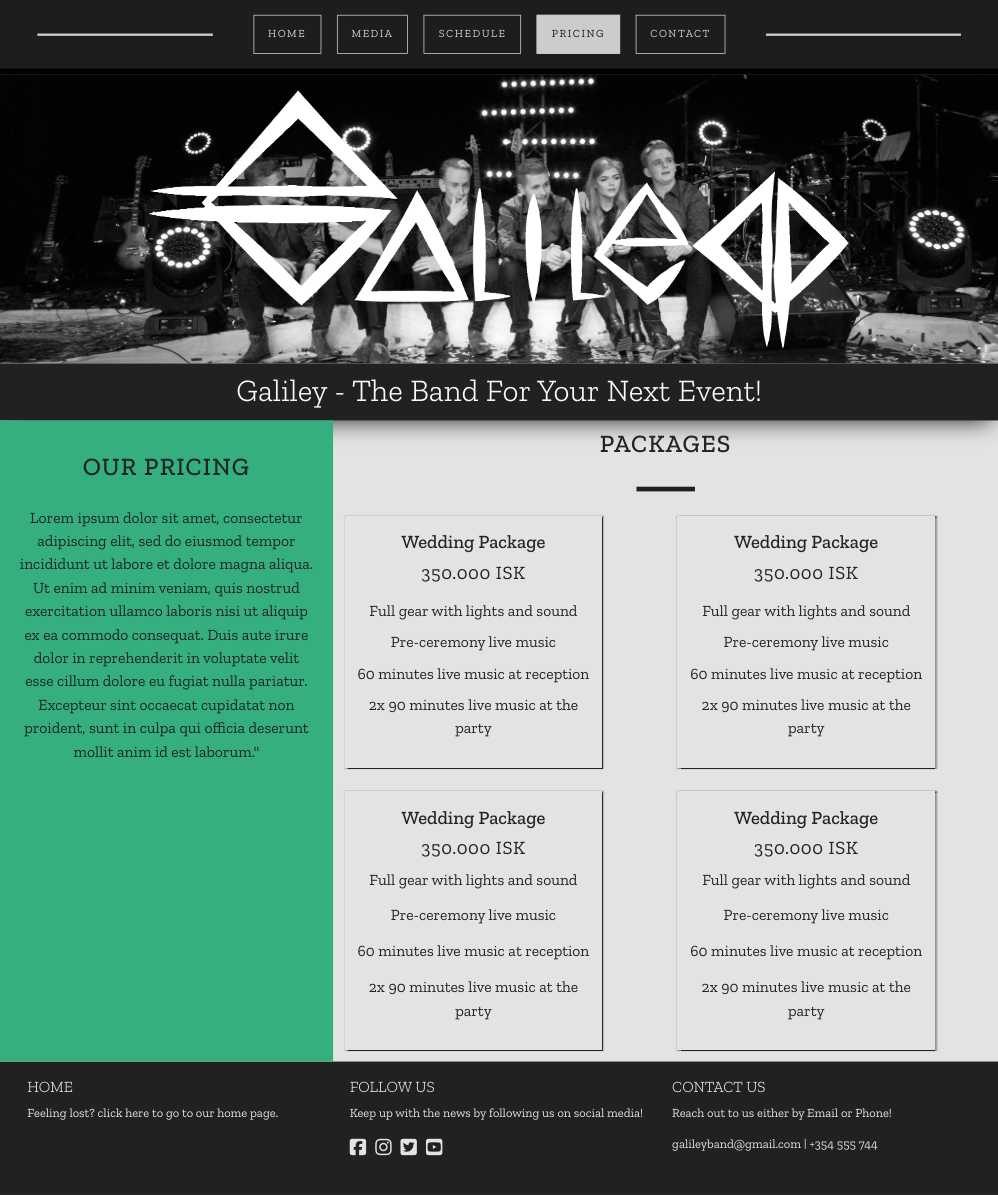
Repository: HeimirDavid/Galiley-Website
Page: pricing.html
The author's editor kept a record of every edit. The page is drawn from the files as they stood at one moment, then again after the next edit.
The browser window is 1280 px wide. The pictures show the whole page, at 78% of full size.
Some web libraries are served in a nearby version.

Above is the page before.

### pricing.html
<!DOCTYPE html>
<html lang="en">

<head>
    <meta charset="UTF-8">
    <meta name="viewport" content="width=device-width, initial-scale=1.0">
    <meta http-equiv="X-UA-Compatible" content="ie=edge">

    <link rel="stylesheet" href="https://stackpath.bootstrapcdn.com/bootstrap/4.3.1/css/bootstrap.min.css" integrity="sha384-ggOyR0iXCbMQv3Xipma34MD+dH/1fQ784/j6cY/iJTQUOhcWr7x9JvoRxT2MZw1T" crossorigin="anonymous">
    <link rel="stylesheet" href="https://cdnjs.cloudflare.com/ajax/libs/hover.css/2.3.1/css/hover-min.css" type="text/css" />
    <link rel="stylesheet" href="assets/css/style.css" type="text/css" />

    <script src="https://code.jquery.com/jquery-3.3.1.slim.min.js" integrity="sha384-q8i/X+965DzO0rT7abK41JStQIAqVgRVzpbzo5smXKp4YfRvH+8abtTE1Pi6jizo" crossorigin="anonymous"></script>
    <script src="https://cdnjs.cloudflare.com/ajax/libs/popper.js/1.14.7/umd/popper.min.js" integrity="sha384-UO2eT0CpHqdSJQ6hJty5KVphtPhzWj9WO1clHTMGa3JDZwrnQq4sF86dIHNDz0W1" crossorigin="anonymous"></script>
    <script src="https://stackpath.bootstrapcdn.com/bootstrap/4.3.1/js/bootstrap.min.js" integrity="sha384-JjSmVgyd0p3pXB1rRibZUAYoIIy6OrQ6VrjIEaFf/nJGzIxFDsf4x0xIM+B07jRM" crossorigin="anonymous"></script>
    <script src="https://kit.fontawesome.com/2ea8c5e5d2.js" crossorigin="anonymous"></script>

    <title>Galiley</title>
</head>

<body>
    <header>
        <!------ Header Navigation Menu, Mainly written with bootstrap  ------>
        <div class="row no-gutters">
            <div class="col black-container">
                <nav class="navbar fixed-top navbar-expand-md navbar-dark bg-dark" id="navbar-black-color"> <!-- Navbar position with help of this  -->
                    <a class="navbar-brand" href="index.html">Galiley - Home</a>                            <!-- tutorial: https://www.youtube.com/watch?v=NzjU1GmKosQ&t=90s  -->
                    <button class="navbar-toggler" type="button" data-toggle="collapse" data-target="#navbarSupportedContent" aria-controls="navbarSupportedContent" aria-expanded="false" aria-label="Toggle navigation">
                    <span class="navbar-toggler-icon"></span></button>
                    <div class="collapse navbar-collapse" id="navbarSupportedContent">
                        <ul class="navbar-nav m-auto">
                            <li class="nav-item menuitem">
                                <a class="nav-link" href="index.html"><span>Home</span></a>
                            </li>
                            <li class="nav-item menuitem">
                                <a class="nav-link" href="media.html"><span>Media</span></a>
                            </li>
                            <li class="nav-item menuitem">
                                <a class="nav-link" href="schedule.html"><span>Schedule</span></a>
                            </li>
                            <li class="nav-item menuitem active-item">
                                <a class="nav-link" href="pricing.html"><span>Pricing</span></a>
                            </li>
                            <li class="nav-item menuitem">
                                <a class="nav-link" href="contact.html"><span>Contact</span></a>
                            </li>
                        </ul>
                    </div>
                </nav>
            </div>
        </div>

        <!------ Header Logo Image ------>
        <div class="logo-container">
            <div class="row no-gutters">
                <div class="col header-background-img">
                    <a href="#">
                    <img class="logo-white" src="assets/images/galiley_vit.png">
                </a>
                </div>
            </div>
        </div>

        <!------ Header Text  ------>
        <div class="row no-gutters">
            <div class="col h1-heading">
                <h1>Galiley - The Band For Your Next Event!</h1>
            </div>
        </div>
    </header>

    <section class="container-fluid">
        <div class="row no-gutters">
            <div class="col-md-4">
                <div class="col-12 green-color text-center pricing-col">
                    <h2 class="header-h2 uppercase">Our Pricing</h2>
                    <p class="p-text">Lorem ipsum dolor sit amet, consectetur adipiscing elit, sed do eiusmod tempor incididunt
                    ut labore et dolore magna aliqua. Ut enim ad minim veniam, quis nostrud exercitation ullamco
                    laboris nisi ut aliquip ex ea commodo consequat. Duis aute irure dolor in reprehenderit in
                    voluptate velit esse cillum dolore eu fugiat nulla pariatur. Excepteur sint occaecat cupidatat
                    non proident, sunt in culpa qui officia deserunt mollit anim id est laborum."</p>
                </div>
            </div>
            <div class="col-md-8">
                <div class="row">
                    <div class="col text-center">
                        <h2 class="header-h2 uppercase">Packages</h2>
                        <hr class="block-devider">
                    </div>
                </div>
                <div class="row">
                    <div class="col-10 offset-1 offset-sm-0 col-sm-4 col-md-6">
                        <div class="col-10 text-center p-text package-cards">
                            <h4 class="header-h4">Wedding Package</h4>
                            <h5 class="header-h5">350.000 ISK</h5>
                            <ul>
                                <li>Full gear with lights and sound</li>
                                <li>Pre-ceremony live music</li>
                                <li>60 minutes live music at reception</li>
                                <li>2x 90 minutes live music at the party</li>
                            </ul>
                        </div>
                    </div>
                    <div class="col-10 offset-1 offset-sm-0 col-sm-4 col-md-6">
                        <div class="col-10 text-center p-text package-cards">
                            <h4 class="header-h4">Wedding Package</h4>
                            <h5 class="header-h5">350.000 ISK</h5>
                            <ul>
                                <li>Full gear with lights and sound</li>
                                <li>Pre-ceremony live music</li>
                                <li>60 minutes live music at reception</li>
                                <li>2x 90 minutes live music at the party</li>
                            </ul>
                        </div>
                    </div>
                    <div class="col-10 offset-1 offset-sm-0 col-sm-4 col-md-6">
                        <div class="col-10 text-center p-text package-cards">
                            <h4 class="header-h4">Wedding Package</h4>
                            <h5 class="header-h5">350.000 ISK</h5>
                            <p>Full gear with lights and sound</p>
                            <p>Pre-ceremony live music</p>
                            <p>60 minutes live music at reception</p>
                            <p>2x 90 minutes live music at the party</p>
                        </div>
                    </div>
                    <div class="col-10 offset-1 offset-sm-0 col-sm-4 col-md-6">
                        <div class="col-10 text-center p-text package-cards">
                            <h4 class="header-h4">Wedding Package</h4>
                            <h5 class="header-h5">350.000 ISK</h5>
                            <p>Full gear with lights and sound</p>
                            <p>Pre-ceremony live music</p>
                            <p>60 minutes live music at reception</p>
                            <p>2x 90 minutes live music at the party</p>
                        </div>
                    </div>
                </div>
            </div>
        </div>
    </section>

    <footer>        <!------ Footer section, Mainly structured and written with the help from CI tutorials from the Resume-Project.
                             Since i liked the design and strucure and felt that it fits well within this project. ------>
        <div class="container-fluid">
            <div class="row" id="footer-details">
                <div class="col-sm-4">
                    <h5 class="uppercase footer-heading">
                        <a href="index.html" class="footer-links">Home</a>
                    </h5>
                    <p class="inline-block">Feeling lost? click here to go to our home page.</p>
                </div>

                <div class="col-sm-4">
                    <h5 class="uppercase footer-heading">Follow Us</h5>
                    <p class="inline-block">Keep up with the news by following us on social media!</p>
                    <ul class="list-inline social-media-links">
                        <li class="list-inline-item">
                            <a class="footer-links" target="_blank" href="https://www.facebook.com/GalileyBand/">
                                <i class="fab fa-facebook-square"></i>
                                <span class="sr-only">Facebook</span>
                            </a>
                        </li>
                        <li class="list-inline-item">
                            <a class="footer-links" target="_blank" href="#">
                                <i class="fab fa-instagram"></i>
                                <span class="sr-only">Instagram</span>
                            </a>
                        </li>
                        <li class="list-inline-item">
                            <a class="footer-links" target="_blank" href="#">
                                <i class="fab fa-twitter-square"></i>
                                <span class="sr-only">Twitter</span>
                            </a>
                        </li>
                        <li class="list-inline-item">
                            <a class="footer-links" target="_blank" href="#">
                                <i class="fab fa-youtube-square"></i>
                                <span class="sr-only">Youtube</span>
                            </a>
                        </li>
                    </ul>
                </div>

                <div class="col-sm-4">
                    <h5 class="uppercase footer-heading">Contact Us</h5>
                    <p class="inline-block">Reach out to us either by Email or Phone!</p>
                    <p>galileyband@gmail.com | +354 555 744</p>
                </div>
            </div>
        </div>
    </footer>
</body>

</html>

### assets/css/style.css
@import url('https://fonts.googleapis.com/css?family=Zilla+Slab:300,400,500,600,700&display=swap');

html {
    scroll-behavior: smooth;
}

body {
    font-family: 'Zilla Slab', serif;
    background-color: #e3e3e3;
    overflow-x: hidden;
}

/*--------------------------------- Colour */

.green-color {
    background-color: #35af7e;
}

.grey-color {
    background-color: #c5c5c5;
}

.grey-blue {
    background-color: #76809a;
}
/*------------------------------- Special padding/margins/text */

h1, h2, h3, h4, h5 {
    margin: 0;
}

.uppercase {
    text-transform: uppercase;
}

.inline-block {
    display: inline-block;
}

.block-devider {
    width: 75px;
    height: 5px;
    background-color: #212121;
}

.block-devider-white {
    width: 75px;
    height: 5px;
    background-color: #e3e3e3;
}

.text-center {
    text-align: center;
}

.item-center {
    item-align: center;
}

.gotop-col {
    padding: 20px;
}

.gotopbtn {
    text-align: center;
    text-decoration: none;
    color: #212121;
    font-size: 1.5em;
    margin: 20px 20px;
    transition: ease-in-out 0.3s;
    -moz-transition: ease-in-out 0.3s;
    -webkit-transition: ease-in-out 0.3s;
    -o-transition: ease-in-out 0.3s;
}

.gotopbtn:hover {
    color: #a5a5a5;
    text-decoration: none;
}

.container-fluid {
    padding: 0;
}

.row {
    margin-right: 0;
    margin-left: 0;
}

/*--------------------------------- Headings text styles */

.header-h2 {
    font-weight: 500;
    padding: 10px 10px 20px 10px;
    letter-spacing: 1.5px;
}

.header-h3

.header-h4 {
    font-weight: 400;
    letter-spacing: 0.8px;
    font-size: 28px;
    padding: 10px;
}

.header-h5 {
    font-weight: 400;
    font-size: 24px;
    letter-spacing: 0.8px;
    padding: 10px;
}

/*--------------------------------- Navbar/Menu */

.navbar {
    opacity: 0.9;
    text-align: center;
    padding-bottom: 1.2em;
}

.menuitem {
    height: 50px;
    text-align: center;
    padding-left: 10px;
    padding-right: 10px;
    margin: 0px 10px 0px 10px;
    border: 1px solid #e3e3e3;
    transition: ease-in-out 0.3s;
    -moz-transition: ease-in-out 0.3s;
    -webkit-transition: ease-in-out 0.3s;
    -o-transition: ease-in-out 0.3s;
}

.menuitem a {
    width: 100%;
    text-decoration: none;
    color: #e3e3e3;
}

.menuitem a i {
    padding-top: 22px;
    display: block;
    color: #e3e3e3;
    font-size: 26px;
}

.menuitem span {
    display: block;
    width: 100%;
    padding-top: 5px;
    text-align: center;
    text-transform: uppercase;
    font-size: 14px;
    font-weight: 400;
    letter-spacing: 2px;
    transition: ease-in-out 0.3s;
    -moz-transition: ease-in-out 0.3s;
    -webkit-transition: ease-in-out 0.3s;
    -o-transition: ease-in-out 0.3s;
    color: #e3e3e3;

}

.menuitem:hover {
    background-color: #e3e3e3;
}

.menuitem:hover.menuitem span {
    color: #212121;
}

.navbar::before,     /* Before and After used from inspiration of this tutorial: https://www.youtube.com/watch?v=zGiirUiWslI   */
.navbar::after {
    content: "";
    margin-left: 2em;
    margin-right: 2em;
    width: 18%;
    height: 0.2em;
    background-color: #e3e3e3;
}

.navbar-nav .active-item span {
    color: #212121;
}

.navbar-nav .active-item {
    background-color: #e3e3e3;
}

.navbar::after {
    width: 20%;
}

.fixed-top {
    padding-top: 1.2em;
}

.navbar-brand {
    display: none;
}

#navbar-black-color {
    background-color: #212121!important;
}




/*--------------------------------- Header */

.black-container {
    position: relative;
    top: 0;
    left: 0;
    width: 100%;
    height:6em;
    background-color: #000;
}

.h1-heading {
    color: #fafafa;
    padding: 10px 0px 15px 0px;
    text-align: center;
    background-color: #212121;
    box-shadow: 0px 10px 30px -10px #212121;
}

.h1-heading h1 {
    font-weight: 300;
}

.header-background-img {
    display: block;
    background-image: url("../images/galiley_diddi.jpg");
    padding: 20px;
    background-size: cover;
}

/*
.logo-container {
    margin-top: 7%;
}
*/

.logo-white {
    opacity: 1.9;
    display: block;
    margin-left: auto;
    margin-right: auto;
    width: 70%;
}

/*--------------------------------- Footer */

footer {
    background-color: #212121;
    color: #e3e3e3;
    min-height: 100px;
    margin: 0;
}

.footer-heading {
    font-weight: 300;
    text-decoration: none;
    margin-bottom: 10px;
}

.footer-heading a {
    transition: ease-in-out 0.3s;
    -moz-transition: ease-in-out 0.3s;
    -webkit-transition: ease-in-out 0.3s;
    -o-transition: ease-in-out 0.3s;
}

.footer-heading a:hover {
    color: #a5a5a5;
    text-decoration: none;
}

.footer-links {
    color: #e3e3e3;
}

.social-media-links {
    padding-bottom: 10px;
}

.social-media-links li a i {
    font-size: x-large;
    padding: 10px 0px;
    line-height: 10px;
    transition: ease-in-out 0.3s;
    -moz-transition: ease-in-out 0.3s;
    -webkit-transition: ease-in-out 0.3s;
    -o-transition: ease-in-out 0.3s;
}

.social-media-links li a i:hover {
    color: #35af7e;
}

#footer-details {
    padding: 20px;
}

/*--------------------------------- About - Section / What we offer - Section */

.about-offer-row {
    padding: 20px 0px;
}

.p-text {
    font-size: 20px;
    padding: 10px 10px 20px 10px;
}

.about-row {
    padding: 60px 10px 20px 10px;
}

.offer-card {
    background-color: #212121;
    color: #e3e3e3;
    padding: 20px;
    margin-bottom: 45px;
    box-shadow: 3px 3px 15px 0px #000;
    opacity: 0.9;
}

/*--------------------------------- Reviews - section */

.review-header {
    background-color: #212121;
    color: #fafafa;
    padding: 10px 0px 15px 0px;
    text-align: center;
    box-shadow: 0px 1px 10px 1px #212121;
}

.review-header h2 {
    font-weight: 300;
}

.review-cards {
    background-color: #212121;
    color: #e3e3e3;
    opacity: 0.9;
    max-width: 250px;
    padding: 20px;
    margin: 30px;
    margin-right: auto;
    margin-left: auto;
    text-align: center;
    border-radius: 10px;
    box-shadow: 5px 5px 15px 0px #212121;
}

.cards-header {
    font-weight: 300;
    letter-spacing: 0.8px;
    margin-bottom: 15px;
}

.review-p {
    font-size: 18px;
    font-weight: 200;
    letter-spacing: 0.8px;
}

/*--------------------------------- Setlist Section / Video Section */

.spotify-header-row {
    background-color: #35af7e;
}

.media-header {
    padding: 20px;
    font-weight: 300;
    font-size: 38px;
}

.spotify-row {
    margin-bottom: 40px;
}

.setlist-header-col {
    color: #000;
    padding: 30px;
}

.media-h4 {
    font-weight: 300;
    font-size: 30px;
    padding: 10px;
}

.media-p {
    font-size: 22px;
    font-weight: 300;
}

.spotify-col {
    color: #e3e3e3;
    background-color: rgba(0, 0, 0, 0.5);
    margin: auto;
    margin-top: 20px;
    padding: 20px 10px 0px 10px;
    max-width: 300px;
    border-radius: 12px;
    border-radius: 10px;
    box-shadow: 5px 5px 15px 0px #212121;
}

.spotify-col::before {
    content: "";
    top: 0;
    left: 0;
    background-color: #212121;
    height: 100px;
    width: 1em;
}

.spotify-player {
    opacity: .96;
}

.video-header-col {
    background-color: #212121;
    color: #e3e3e3;
    padding: 20px 0px;
    box-shadow: 0px 10px 30px -10px #212121;
}

.youtube-col {
    padding: 10px;
}

.youtube-container {  /*   Code copied to make youtube player responsive. Source: https://avexdesigns.com/responsive-youtube-embed/    */
position: relative;
padding-bottom: 56.25%;
padding-top: 30px; height: 0; overflow: hidden;
}

.youtube-container iframe,
.youtube-container object,
.youtube-container embed {
position: absolute;
top: 0;
left: 0;
width: 100%;
height: 100%;
}

/*--------------------------------- Pricing */

.pricing-col {
    padding-top: 30px;
    height: 100%;
}

.package-header-row {
    padding-top: 30px;
    color: #e3e3e3;
}

.package-row {
    padding-top: 30px;
    color: #e3e3e3;
}

.package-cards {
    box-shadow: 1px 1px 2px 1px;
    padding: 20px 10px;
    margin-top: 15px;
    margin-bottom: 15px;
}

.package-cards ul {
    list-style: none;
    padding:0;
}

.package-cards ul li {
        margin: 10px 0px;
}
/*--------------------------------- Media Queries */

@media (max-width: 767px) {
    .navbar::before,
    .navbar::after {
        display: none;
    }

    .navbar-brand {
        display: block;
    }

    .fixed-top {
        padding: 1em;
    }

    .reviews-container {
        background-color: #e3e3e3;
    }

    .reviews-container {
        background: #e3e3e3;
    }
}

@media (min-width: 767px) {

    /* Images use and fixed image website layout inspiried by this tutorial: https://www.youtube.com/watch?v=PWoOpJtkyjI */
    #about-image { /* Image from unsplash taken by Luca Baggio */
        background-image: url("../images/about-background.jpg");
        background-attachment: fixed;
        background-size: cover;
        height: 120vh;
        width: 100%;
    }

    #spotify-background-img {
        background-image: url("../images/spotify-background-img.jpg");
        background-attachment: fixed;
        background-size: cover;
        height: 120vh;
        width: 100%;
    }

    #offer-image {
        background-image: url("../images/galiley-offer.jpg");
        background-attachment: scroll;
        background-size: cover;
        height: 100%;
        width: 100%;
        box-shadow: 0px -3px 7px 0px;
    }

    #packages-img {
        background-image: url("../images/packages-img.jpg");
        background-attachment: scroll;
        background-size: cover;
        height: 100%;
        width: 100%;
    }

    .green-black-img {
        background-image: url("../images/setlist-background.png");
        background-attachment: fixed;
        background-size: cover;
        box-shadow: 0px -3px 7px 0px;
    }

    .about-offer-row {
    padding: 60px 10px 20px 10px;
    }

    .youtube-row {
        padding-top: 50px;
    }

    .youtube-col {
        padding: 10px 100px;
    }
}

@media (min-width: 767px) and (max-width: 1000px) {
    #about-image {
        background-image: url("../images/about-background.jpg");
        background-attachment: fixed;
        background-size: cover;
        height: 200vh;
        width: 100%;
    }

        #spotify-background-img {
        background-image: url("../images/spotify-background-img.jpg");
        background-attachment: fixed;
        background-size: cover;
        height: 250vh;
        width: 100%;
    }
}

@media (max-width: 576px) {
    /* To get rid of padding and margin to link up "Offer section" and "reviews section" in mobile view */
    .about-offer-row {
    padding-top: 20px;
    }

    .offer-card {
        margin: 0;
    }
}

After the next edit:
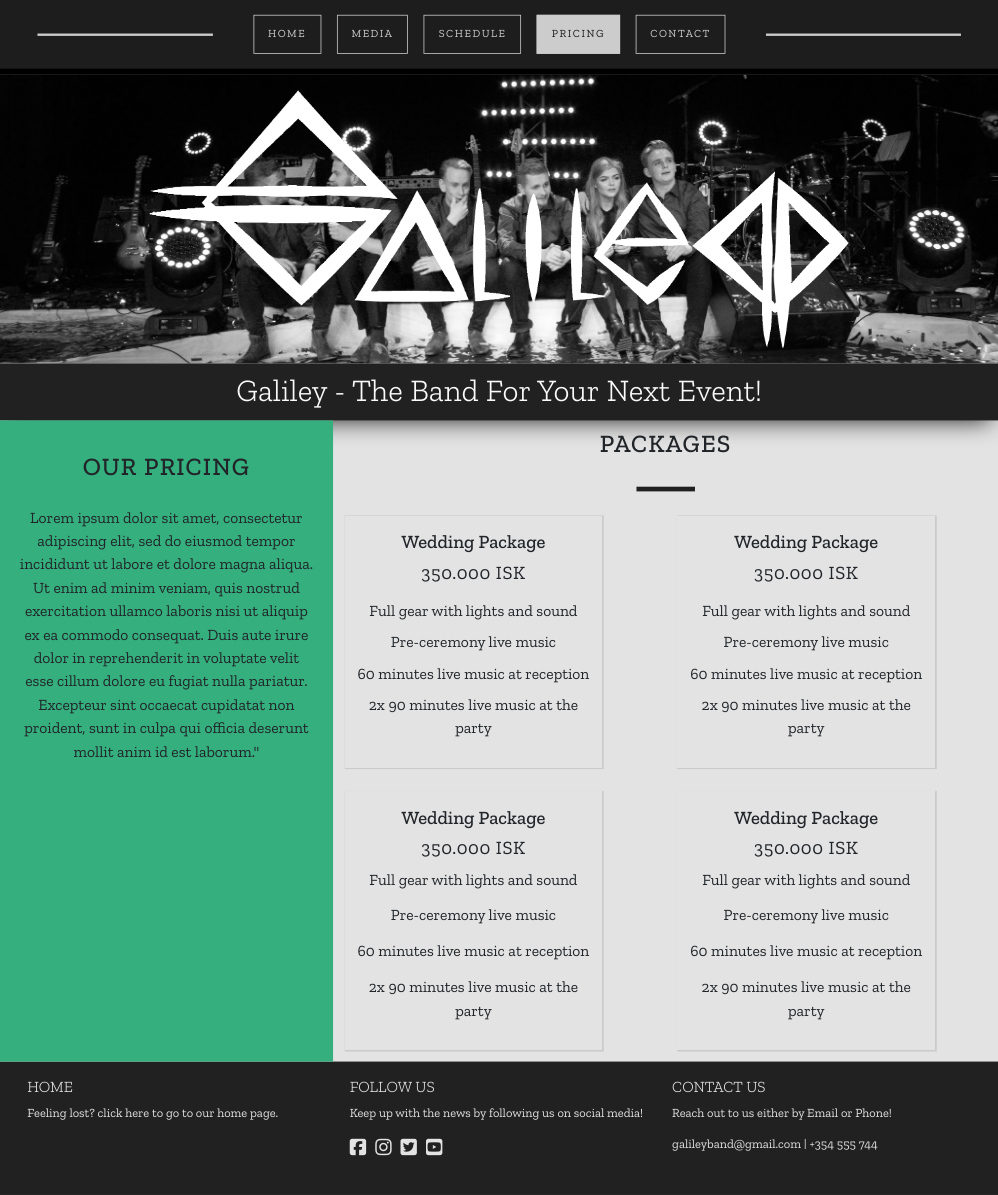
The edit:
--- a/assets/css/style.css
+++ b/assets/css/style.css
@@ -470,7 +470,7 @@
 }
 
 .package-cards {
-    box-shadow: 1px 1px 2px 1px;
+    box-shadow: 1px 1px 1px 1px #cacaca;
     padding: 20px 10px;
     margin-top: 15px;
     margin-bottom: 15px;
